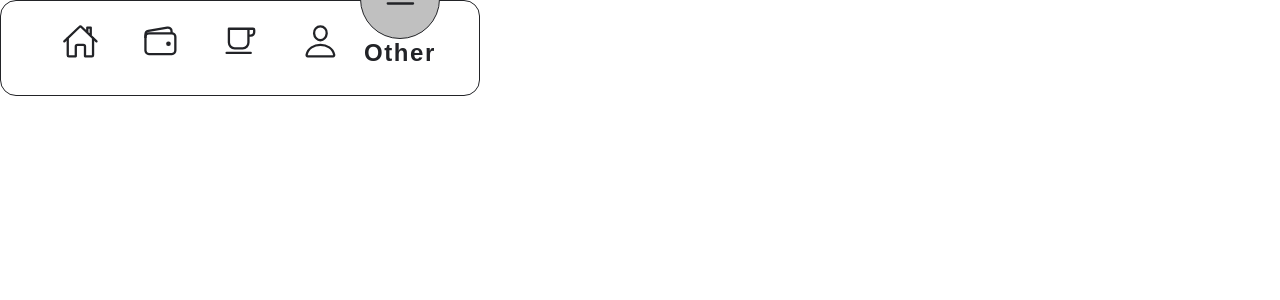
Repository: DevJoeYC/Metabukcs
Page: metabucks/WebContent/PROTO2/nav.html
These files come from the project's save history. The page is drawn as it stood at one moment and after the next save; the edit follows.
The browser window is 1280 px wide. The pictures show the whole page.

Above is the page before, as saved 2022-05-26 16:17:16.

### metabucks/WebContent/PROTO2/nav.html
<!DOCTYPE html>
<html>
<head>
	<meta charset="UTF-8">
	<title>Document</title>
	<link rel="stylesheet" type="text/css" href="test.css">
</head>
<body>
	<div class="nav">
		<ul>
			<li class="list">
				<a href="#" onclick="	clearOption();
				setDiv('#end', './product/end.jsp?selected=', '아메리카노');return false;">
					<span class="icon"><ion-icon name="home-outline"></ion-icon></span>
					<span class="text">Home</span>
				</a>
			</li>
			<li class="list">
				<a href="#">
					<span class="icon"><ion-icon name="wallet-outline"></ion-icon></span>
					<span class="text">Pay</span>
				</a>
			</li>
			<li class="list">
				<a href="#">
					<span class="icon"><ion-icon name="cafe-outline"></ion-icon></span>
					<span class="text">Order</span>
				</a>
			</li>
			<li class="list">
				<a href="#">
					<span class="icon"><ion-icon name="person-outline"></ion-icon></span>
					<span class="text">profile</span>
				</a>
			</li>
			<li class="list active">
				<a href="#">
					<span class="icon"><ion-icon name="menu-outline"></ion-icon></span>
					<span class="text">Other</span>
				</a>
			</li>
			<div class="indicator"></div>
		</ul>
	</div>
	<script>
		var list = document.querySelectorAll('.list');
		function activeLink(){
			list.forEach((item) => item.classList.remove('active'));
			this.classList.add('active');
		}
		list.forEach((item) =>
		item.addEventListener('click', activeLink));
	</script>
	<script type="module" src="https://unpkg.com/ionicons@5.5.2/dist/ionicons/ionicons.esm.js"></script>
	<script nomodule src="https://unpkg.com/ionicons@5.5.2/dist/ionicons/ionicons.js"></script>
</body>
</html>

### metabucks/WebContent/PROTO2/test.css
* {
	margin: 0;
	padding: 0;
	box-sizing: border-box;
	font-family: 'Poppins', sans-serif;
}

:root
{
	--clr: #222327;
}

#nav
{
	display: flex;
	justify-content: center;
	align-items: center;
	min-height: 6.5rem;
	background: silver;
}

.nav
{
	position: relative;
	width: 30rem;
	height: 6rem;
	background: #fff;
	display: flex;
	justify-content: center;
	align-items: center;
	border: 0.1rem solid var(--clr);
	border-radius: 1rem;
}

.nav ul
{
	display: flex;
	width: 25rem;
}

.nav ul li
{
	position: relative;
	list-style: none;
	width: 5rem;
	height: 5rem;
	z-index: 1;
}

.nav ul li a
{
	position: relative;
	display: flex;
	justify-content: center;
	align-items: center;
	flex-direction: column;
	width: 100%;
	text-align: center;
	font-weight: bolder;
}

.nav ul li a .icon
{
	position: relative;
	display: block;
	line-height: 5rem;
	font-size: 2.3em;
	text-align: center;
	transition: 0.5s;
	color: var(--clr);
}

.nav ul li.active a .icon
{
	transform: translateY(-2.8rem);
}

.nav ul li a .text
{
	position: absolute;
	color: var(--clr);
	font-weight: bolder;
	font-size: 1.5rem;
	letter-spacing: 0.1rem;
	transition: 0.5s;
	opacity: 0;
	transform: translateY(-1rem);
}

.nav ul li.active a .text
{
	opacity: 1;
	transform: translateY(0.3rem)
}

.indicator
{
	position: absolute;
	top: -2.6rem;
	width: 5rem;
	height: 5rem;
	background: silver;
	border-radius: 50%;
	border: 0.1rem solid var(--clr);
	transition: 0.5s;
}

.nav ul li:nth-child(1).active ~ .indicator
{
	transform: translateX(calc(5rem * 0));
}
.nav ul li:nth-child(2).active ~ .indicator
{
	transform: translateX(calc(5rem * 1));
}
.nav ul li:nth-child(3).active ~ .indicator
{
	transform: translateX(calc(5rem * 2));
}
.nav ul li:nth-child(4).active ~ .indicator
{
	transform: translateX(calc(5rem * 3));
}
.nav ul li:nth-child(5).active ~ .indicator
{
	transform: translateX(calc(5rem * 4));
}

After the next save:
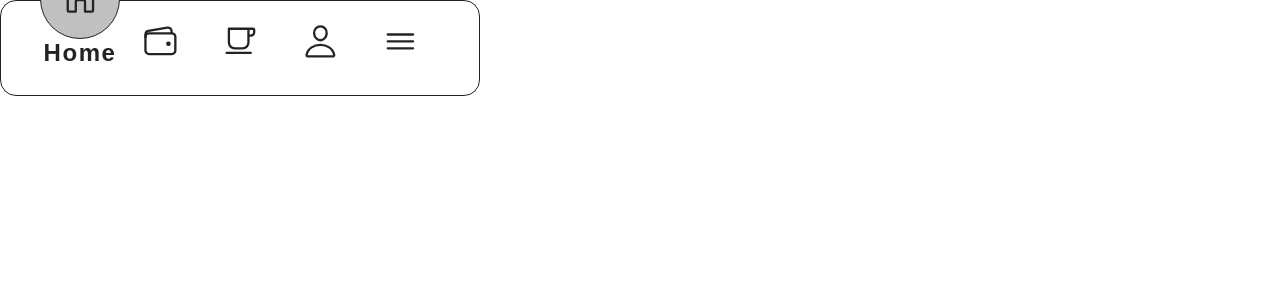
Saved 54 s later.
--- a/metabucks/WebContent/PROTO2/nav.html
+++ b/metabucks/WebContent/PROTO2/nav.html
@@ -8,7 +8,7 @@
 <body>
 	<div class="nav">
 		<ul>
-			<li class="list">
+			<li class="list active">
 				<a href="#" onclick="	clearOption();
 				setDiv('#end', './product/end.jsp?selected=', '아메리카노');return false;">
 					<span class="icon"><ion-icon name="home-outline"></ion-icon></span>
@@ -33,7 +33,7 @@
 					<span class="text">profile</span>
 				</a>
 			</li>
-			<li class="list active">
+			<li class="list">
 				<a href="#">
 					<span class="icon"><ion-icon name="menu-outline"></ion-icon></span>
 					<span class="text">Other</span>
